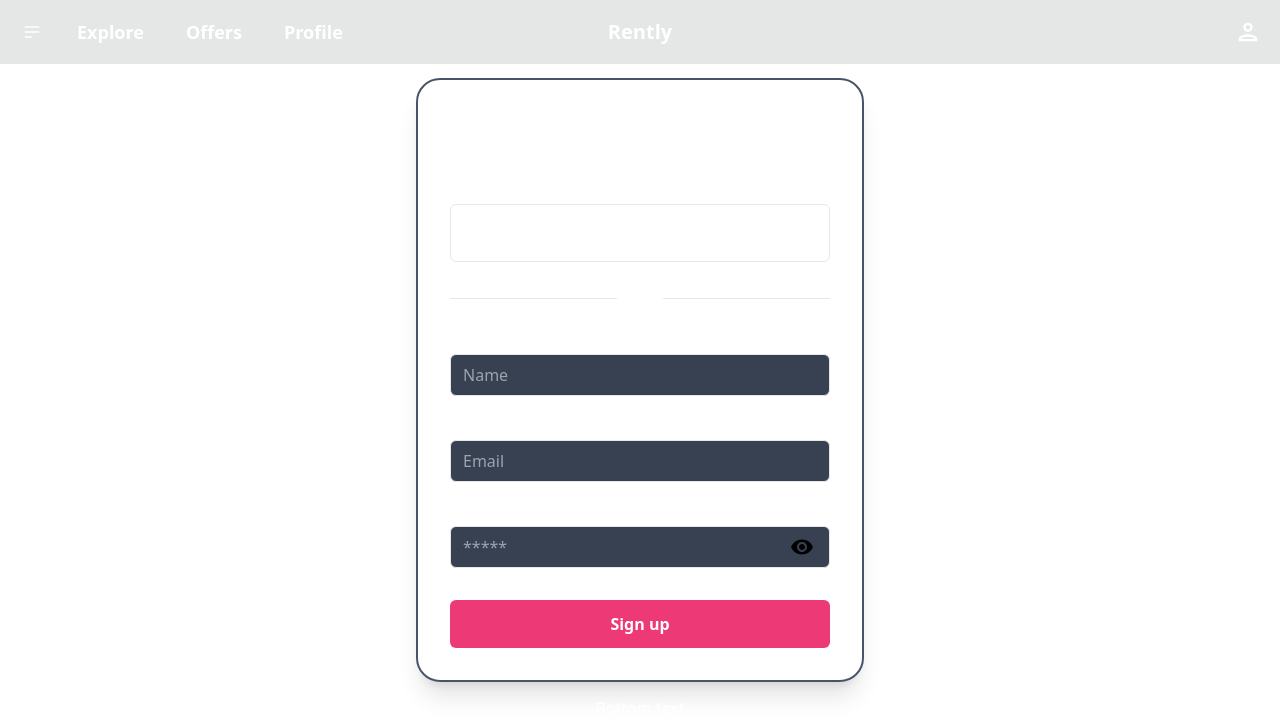
Repository: Vasil1001/rently-reactjs
Page: /register
An editor plug-in stored every save of this project. The page is shown before and after the next save, followed by the edit.
The browser window is 1280 px wide. The pictures show the whole page.
The project was rebuilt for these pictures with package versions that can differ from the ones it lists, and the page was loaded fresh each time. Also part of the build but not shown: vite.config.js, src/pages/auth/Login.jsx, src/pages/auth/ForgotPassword.jsx, src/pages/auth/Profile.jsx, src/pages/Explore.jsx, src/pages/Offers.jsx.

Above is the page before, as saved 2023-02-11 23:52:25.

### index.html
<!DOCTYPE html>
<html lang="en">
  <head>
    <meta charset="UTF-8" />
    <link rel="icon" type="image/svg+xml" href="./public/favicon.ico" />
    <meta name="viewport" content="width=device-width, initial-scale=1.0" />
    <title>Rently Marketplace</title>
  </head>
  <body>
    <div id="root"></div>
    <script type="module" src="/src/main.jsx"></script>
  </body>
</html>

### src/App.jsx
import "./index.css";
import Login from "./pages/auth/Login";
import { BrowserRouter as Router, Routes, Route } from "react-router-dom";
import ForgotPassword from "./pages/auth/ForgotPassword";
import Profile from "./pages/auth/Profile";
import Explore from "./pages/Explore";
import Offers from "./pages/Offers";
import Register from "./pages/auth/Register";
import Navbar from "./components/Navbar";
import { ToastContainer } from "react-toastify";
import "react-toastify/dist/ReactToastify.css";
function App() {
  return (
    <>
      <Router>
        <div className="flex flex-col min-h-screen items-center text-white justify-between dark:bg-[#1a1b1e]">
          <Navbar />

          <Routes>
            <Route path="/" element={<Explore />} />
            <Route path="/login" element={<Login />} />
            <Route path="/register" element={<Register />} />
            <Route path="/forgot-password" element={<ForgotPassword />} />
            <Route path="/profile" element={<Profile />} />
            <Route path="/offers" element={<Offers />} />
          </Routes>

          <div>Bottom text</div>
        </div>
      </Router>

      <ToastContainer
        position="top-center"
        autoClose={4500}
        hideProgressBar={false}
        newestOnTop={false}
        closeOnClick
        rtl={false}
        pauseOnFocusLoss
        draggable
        pauseOnHover
        theme="light"
      />
    </>
  );
}

export default App;

### src/index.css
@tailwind base;
@tailwind components;
@tailwind utilities;

body {
    background-color: (60,50,10);
}

### src/pages/auth/Register.jsx
import React, { useState } from "react";
import { Link, useNavigate } from "react-router-dom";
import visibilityIcon from "../../assets/svg/visibilityIcon.svg";
import {
  getAuth,
  createUserWithEmailAndPassword,
  updateProfile,
} from "firebase/auth";
import { db } from "../../firebase.config";
import { setDoc, serverTimestamp } from "firebase/firestore";
import { toast } from 'react-toastify'

export default function Register() {
  const [showPassword, setShowPassword] = useState(false);
  const [formData, setFormData] = useState({
    name: "",
    email: "",
    password: "",
  });
  const { name, email, password } = formData;
  const navigate = useNavigate();
  const onChange = (e) => {
    setFormData(() => ({
      ...formData,
      [e.target.id]: e.target.value,
    }));
  };

  const onSubmit = async (e) => {
    e.preventDefault()

    try {
      const auth = getAuth()

      const userCredential = await createUserWithEmailAndPassword(
        auth,
        email,
        password
      )

      const user = userCredential.user

      updateProfile(auth.currentUser, {
        displayName: name,
      })

      const formDataCopy = { ...formData }
      delete formDataCopy.password
      formDataCopy.timestamp = serverTimestamp()
      navigate('/')
      await setDoc(doc(db, 'users', user.uid), formDataCopy)


    } catch (error) {
      toast.error("Something went wrong with registration")
    }
  }

  return (
    <div className="w-full max-w-md p-4 rounded-3xl border-2 border-slate-600 shadow-xl  sm:p-8 dark:bg-base-300 dark:text-gray-100">
      <h2 className="mb-3 text-3xl font-semibold text-center">Sign up</h2>
      <p className="text-sm text-center dark:text-gray-300">
        Already have an account?&nbsp;&nbsp;&nbsp;
        <Link to="/login">
          <span className="focus:underline hover:underline ">Sign in here</span>
        </Link>
      </p>

      <div className="my-6 space-y-4">
        <button
          aria-label="Login with Google"
          type="button"
          className="flex items-center justify-center hover:bg-[#1e2d58] w-full p-4 space-x-4 border rounded-md focus:ring-2 focus:ring-offset-1 dark:border-gray-400 focus:ring-violet-400"
        >
          <svg
            xmlns="http://www.w3.org/2000/svg"
            viewBox="0 0 32 32"
            className="w-5 h-5 fill-current"
          >
            <path d="M16.318 13.714v5.484h9.078c-0.37 2.354-2.745 6.901-9.078 6.901-5.458 0-9.917-4.521-9.917-10.099s4.458-10.099 9.917-10.099c3.109 0 5.193 1.318 6.38 2.464l4.339-4.182c-2.786-2.599-6.396-4.182-10.719-4.182-8.844 0-16 7.151-16 16s7.156 16 16 16c9.234 0 15.365-6.49 15.365-15.635 0-1.052-0.115-1.854-0.255-2.651z"></path>
          </svg>
          <p>Sign up with Google</p>
        </button>
      </div>

      <div className="flex items-center w-full my-4">
        <hr className="w-full dark:text-gray-400" />
        <p className="px-3 dark:text-gray-400">OR</p>
        <hr className="w-full dark:text-gray-400" />
      </div>

      <form
        onSubmit={onSubmit}
        className="space-y-8 ng-untouched ng-pristine ng-valid"
      >
        <div className="space-y-4">
          <div className="space-y-2">
            <label htmlFor="name" className="block text-sm">
              Name
            </label>
            <input
              type="text"
              id="name"
              placeholder="Name"
              value={name}
              onChange={onChange}
              className="w-full px-3 py-2 border rounded-md dark:border-gray-700  dark:text-gray-100 focus:dark:border-violet-400 bg-gray-700 hover:bg-gray-600"
            />
          </div>
          <div className="space-y-2">
            <label htmlFor="email" className="block text-sm">
              Email address
            </label>
            <input
              type="email"
              id="email"
              placeholder="Email"
              value={email}
              onChange={onChange}
              className="w-full px-3 py-2 border rounded-md dark:border-gray-700  dark:text-gray-100 focus:dark:border-violet-400 bg-gray-700 hover:bg-gray-600"
            />
          </div>

          <div className="space-y-2 relative">
            <div className="flex justify-between">
              <label htmlFor="password" className="text-sm">
                Password
              </label>
            </div>
            <div className="flex ">
              <input
                type={showPassword ? "text" : "password"}
                id="password"
                placeholder="*****"
                value={password}
                onChange={onChange}
                className="w-full px-3 py-2 border rounded-md dark:border-gray-700 dark:text-gray-100 focus:dark:border-violet-400 bg-gray-700 hover:bg-gray-600"
              ></input>
              <div className="absolute inset-y-0 right-0 pr-4 pt-7 flex items-center text-sm leading-5">
                <img
                  src={visibilityIcon}
                  alt="show password"
                  className="showPassword fill-cyan-500 pointer fill-white cursor-pointer"
                  onClick={() => setShowPassword((prevState) => !prevState)}
                />
              </div>
            </div>
          </div>
        </div>
        <button
          className="w-full px-8 py-3 font-semibold rounded-md text-white  bg-[#ed3975] dark:text-gray-900 hover:bg-[#ee7bf8]"
        >
          Sign up
        </button>
      </form>

      <div>
        <header></header>
      </div>
    </div>
  );
}

### src/components/Navbar.jsx
import React from "react";
import { useNavigate, useLocation } from "react-router-dom";
import { ReactComponent as OfferIcon } from "../assets/svg/localOfferIcon.svg";
import { ReactComponent as ExploreIcon } from "../assets/svg/exploreIcon.svg";
import { ReactComponent as PersonOutlineIcon } from "../assets/svg/personOutlineIcon.svg";

export default function Navbar() {
  const navigate = useNavigate();
  const location = useLocation();

  const pathMatchRoute = (route) => {
    if (route === location.pathname) return true;
  };

  return (
    <div className="navbar bg-base-300">
      <div className="navbar-start">
        <div className="dropdown ">
          <label tabIndex={0} className="btn btn-ghost btn-circle">
            <svg
              xmlns="http://www.w3.org/2000/svg"
              className="h-5 w-5"
              fill="none"
              viewBox="0 0 24 24"
              stroke="currentColor"
            >
              <path
                strokeLinecap="round"
                strokeLinejoin="round"
                strokeWidth="2"
                d="M4 6h16M4 12h16M4 18h7"
              />
            </svg>
          </label>
          <ul
            tabIndex={0}
            className="menu dropdown-content compact mt-3 p-2 shadow bg-base-100 rounded-box w-52"
          >
            <li>
              <a
                className={
                  pathMatchRoute("/")
                    ? "bg-[#2e5590] hover:bg-[#1b4584] mb-1"
                    : " mb-1 bg-base-300 hover:bg-[#3b414a] active:bg-[#2d4b73]"
                }
                onClick={() => navigate("/")}
              >
                <ExploreIcon
                  fill={pathMatchRoute("/") ? "#fec826" : "#9f9f9f"}
                  width="2em"
                  height="2em"
                />
                <p>Explore</p>
              </a>
            </li>
            <li>
              <a
                className={
                  pathMatchRoute("/offers")
                    ? "bg-[#2e5590] hover:bg-[#1b4584] my-1"
                    : " my-1 bg-base-300 hover:bg-[#3b414a] active:bg-[#2d4b73]"
                }
                onClick={() => navigate("/offers")}
              >
                <OfferIcon
                  fill={pathMatchRoute("/offers") ? "#fec826" : "#9f9f9f"}
                  width="2em"
                  height="2em"
                />
                Offers
              </a>
            </li>
            <li>
              <a
                className={
                  pathMatchRoute("/profile")
                    ? "bg-[#2e5590] hover:bg-[#1b4584] mt-1"
                    : "mt-1 bg-base-300 hover:bg-[#3b414a] active:bg-[#2d4b73]"
                }
                onClick={() => navigate("/profile")}
              >
                <PersonOutlineIcon
                  fill={pathMatchRoute("/profile") ? "#fec826" : "#9f9f9f"}
                  width="2em"
                  height="2em"
                />
                Profile
              </a>
            </li>
          </ul>
        </div>
        <a
          onClick={() => navigate("/")}
          className={
            pathMatchRoute("/")
              ? "bg-[#2e5590] hover:bg-[#1b4584] btn btn-link normal-case text-lg text-white mx-1 "
              : "mx-1 bg-base-300 btn btn-ghost normal-case text-lg"
          }
        >
          Explore
        </a>
        <a
          onClick={() => navigate("/offers")}
          className={
            pathMatchRoute("/offers")
              ? "bg-[#2e5590] hover:bg-[#1b4584] btn btn-link normal-case text-lg text-white mx-1 "
              : "mx-1 bg-base-300 btn btn-ghost normal-case text-lg"
          }
        >
          Offers
        </a>
        <a
          onClick={() => navigate("/profile")}
          className={
            pathMatchRoute("/profile")
              ? "bg-[#2e5590] hover:bg-[#1b4584] btn btn-link normal-case text-lg text-white mx-1 "
              : "mx-1 bg-base-300 btn btn-ghost normal-case text-lg"
          }
        >
          Profile
        </a>
      </div>

      <div className="navbar-center">
        <a className="btn btn-ghost normal-case text-xl">
          <strong>Rently</strong>
        </a>
      </div>
      <div className="navbar-end">
        <div className="dropdown dropdown-end">
          <label tabIndex={0} className="btn btn-ghost btn-circle avatar">
            <PersonOutlineIcon fill="white" width="2em" height="2em" />
          </label>
          <ul
            tabIndex={0}
            className="menu menu-compact dropdown-content mt-3 p-2 shadow bg-base-100 rounded-box w-52"
          >
            <li>
              <a
                className={
                  pathMatchRoute("/register")
                    ? "bg-[#2e5590] hover:bg-[#1b4584] mb-1"
                    : " mb-1 bg-base-300 hover:bg-[#3b414a] active:bg-[#2d4b73]"
                }
                onClick={() => navigate("/register")}
              >
                Register
              </a>
            </li>
            <li>
              <a
                className={
                  pathMatchRoute("/login")
                    ? "bg-[#2e5590] hover:bg-[#1b4584] my-1"
                    : " my-1 bg-base-300 hover:bg-[#3b414a] active:bg-[#2d4b73]"
                }
                onClick={() => navigate("/login")}
              >
                Login
              </a>
            </li>
            <li>
              <a
                className={
                  pathMatchRoute("/")
                    ? "bg-[#2e5590] hover:bg-[#1b4584] mt-1"
                    : " mt-1 bg-base-300 hover:bg-[#3b414a] active:bg-[#7e3838]"
                }
                onClick={() => navigate("/login")}
              >
                Logout
              </a>
            </li>
          </ul>
        </div>
      </div>
    </div>
  );
}

### src/firebase.config.jsx
// Import the functions you need from the SDKs you need
import { initializeApp } from "firebase/app";
// import { getAnalytics } from "firebase/analytics";
import { getFirestore } from "firebase/firestore"

const firebaseConfig = {
    apiKey: "AIzaSyAIVn3kGeBt8L8yVkdDgL3cKMAAQIxw_N4",
    authDomain: "rently-marketplace-react.firebaseapp.com",
    projectId: "rently-marketplace-react",
    storageBucket: "rently-marketplace-react.appspot.com",
    messagingSenderId: "586946782621",
    appId: "1:586946782621:web:f4f56399609b56f777bb74",
    measurementId: "G-BGCV802MTT"
};

// Initialize Firebase
const app = initializeApp(firebaseConfig);
// const analytics = getAnalytics(app);

export const db = getFirestore()

### tailwind.config.cjs
/** @type {import('tailwindcss').Config} */
module.exports = {
  content: [
    "./index.html",
    "./src/**/*.{js,ts,jsx,tsx}",
  ],
  theme: {
    extend: {},
  },
  plugins: [
    require("daisyui"),
  ],
}

Loaded but not shown: src/main.jsx (common file)

After the next save:
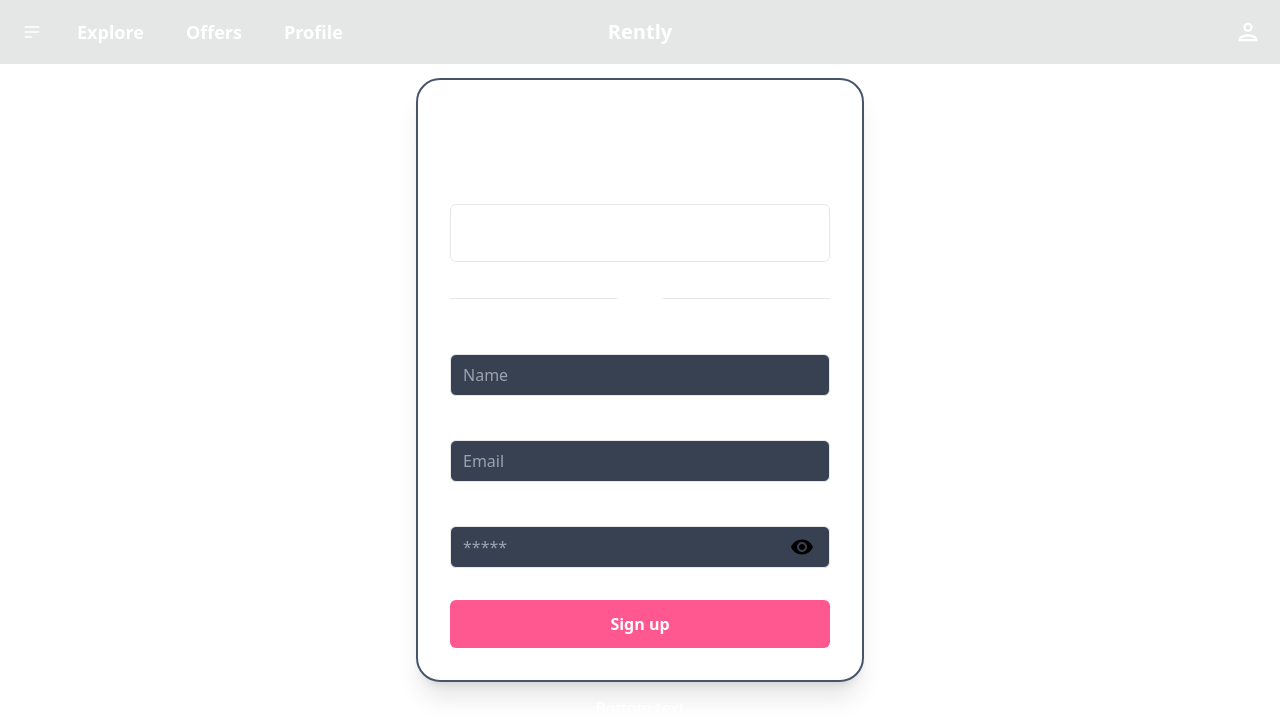
Saved 9 s later.
--- a/src/pages/auth/Register.jsx
+++ b/src/pages/auth/Register.jsx
@@ -148,7 +148,7 @@
           </div>
         </div>
         <button
-          className="w-full px-8 py-3 font-semibold rounded-md text-white  bg-[#ed3975] dark:text-gray-900 hover:bg-[#ee7bf8]"
+          className="w-full px-8 py-3 font-semibold rounded-md text-white  bg-[#ff578f] dark:text-gray-900 hover:bg-[#ee7bf8]"
         >
           Sign up
         </button>
